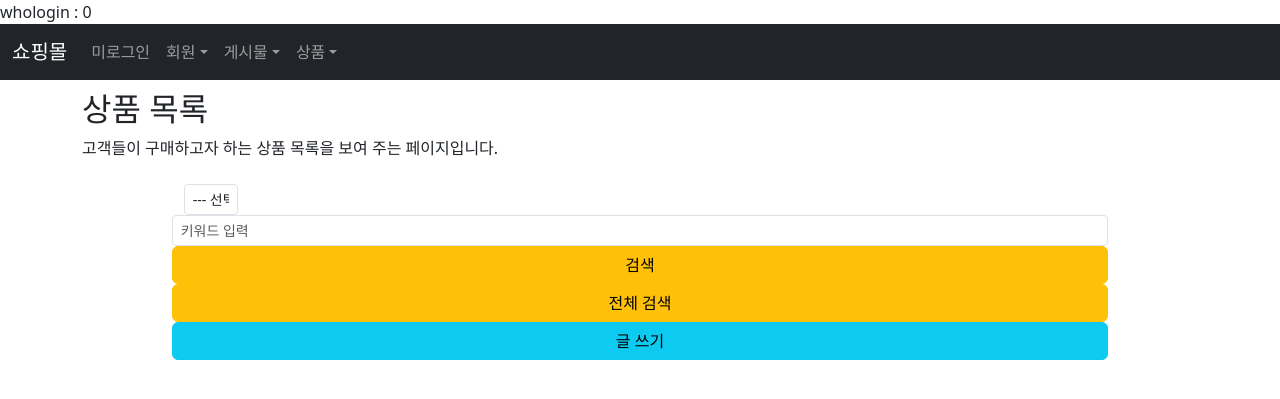
Repository: Sain-Clair/Team5
Page: http://localhost/Student/product/prList.jsp
The author's editor kept a copy of each file at every save. The page is drawn from the files as they stood at one save, then again after the next save.
The browser window is 1280 px wide. The pictures show the whole page.
The page is served by Tomcat 9. The template is opened directly, without the code that normally fills it, so the values that code supplies are empty.

Above is the page before, as saved 2023-09-07 03:51:35.

After the next save:
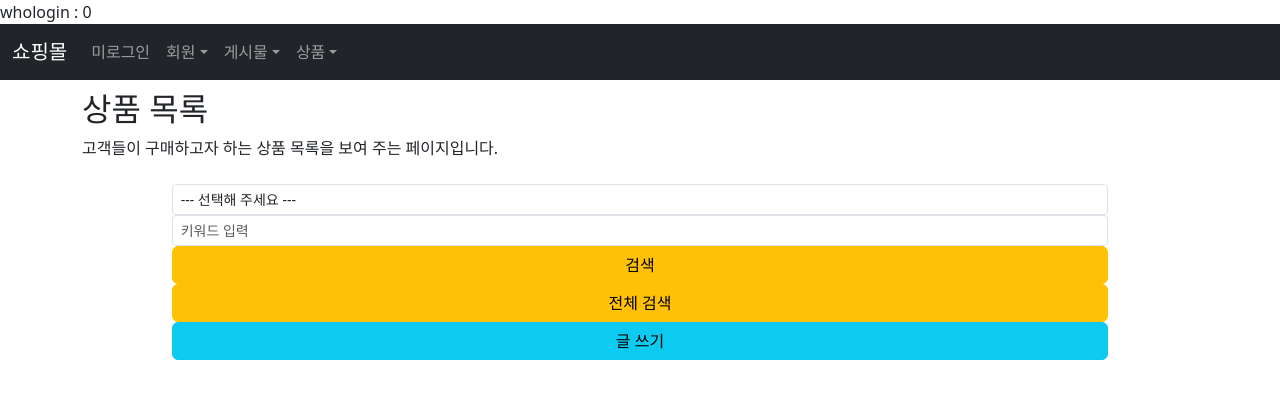
Saved 18 s later.
--- a/Student/src/main/webapp/product/prList.jsp
+++ b/Student/src/main/webapp/product/prList.jsp
@@ -60,14 +60,14 @@
 								<form name="myform" action="<%=withFormTag%>" method="get">
 									<input type="hidden" name="command" value="boList">
 									<div class="row">
-										<div class="col-sm-1 mode">
+
 											<select class="form-control form-control-sm" id="mode" name="mode">
 												<option value="all" selected="selected">--- 선택해 주세요 ---
 												<option value="id">이름
 												<option value="company">제조 회사
 												<option value="category">카테고리
 											</select>
-										</div>
+
 											<input class="form-control form-control-sm" type="text" name="keyword" id="keyword" placeholder="키워드 입력">
 											<button type="submit" class="btn btn-warning form-control-sm" onclick="">검색</button>
 											<button type="button" class="btn btn-warning form-control-sm" onclick="searchAll();">전체 검색</button>
